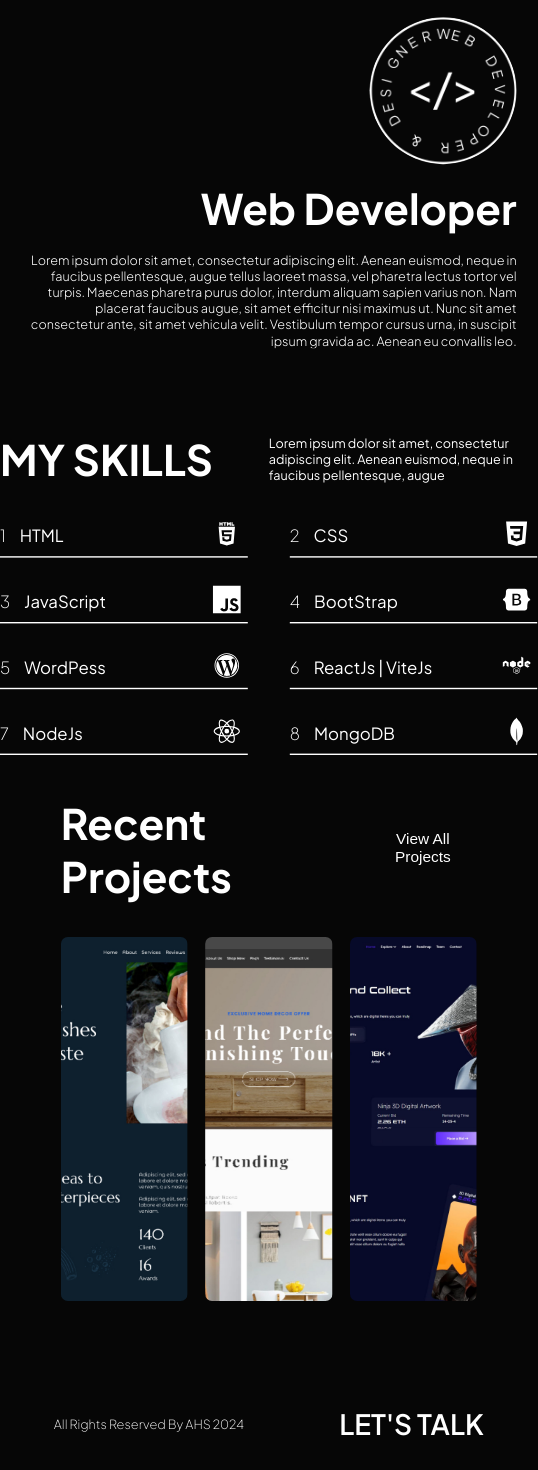
Repository: AliHassan02-Dev/PORTFOLIO
Page: / (app in Front-end/)
The author's editor kept a copy of each file at every save. The page is drawn from the files as they stood at one save, then again after the next save.
The browser window is 768 px wide. The pictures show the part of the page from y = 1711 to 3951 px (the page is 3811 px tall before and 3951 px after), at 70% of full size.
The project was rebuilt for these pictures with package versions that can differ from the ones it lists, and the page was loaded fresh each time. Also part of the build but not shown: Front-end/vite.config.js, Front-end/src/Pages/Projects.jsx, Front-end/src/Pages/AllProjects.jsx, Front-end/src/Components/ProjectPreview.jsx.

Above is the page before, as saved 2024-08-24 07:39:33.

After the next save:
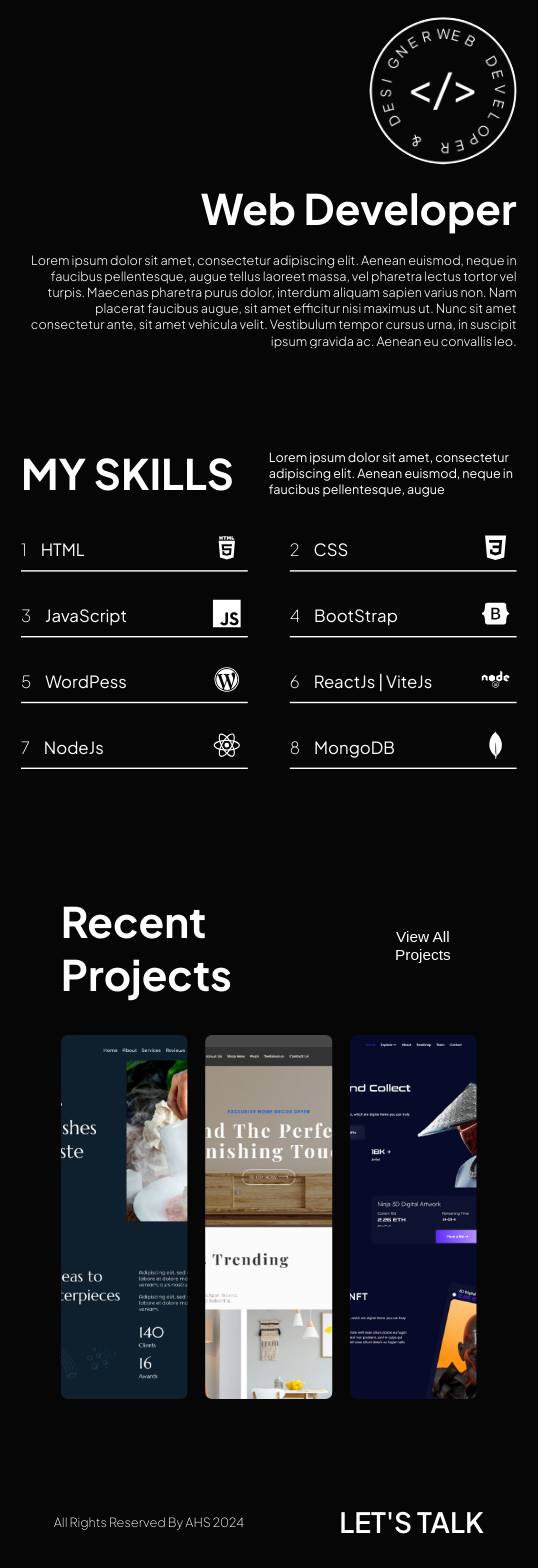
Saved 18 s later.
--- a/Front-end/src/App.css
+++ b/Front-end/src/App.css
@@ -508,9 +508,10 @@ body {
     flex-direction: column;
     justify-content: center;
     flex-direction: column;
-    margin: auto;
+    margin: 100px auto;
     gap: 30px;
     overflow: hidden;
+    padding: 20px 30px;
   }
 }
 
